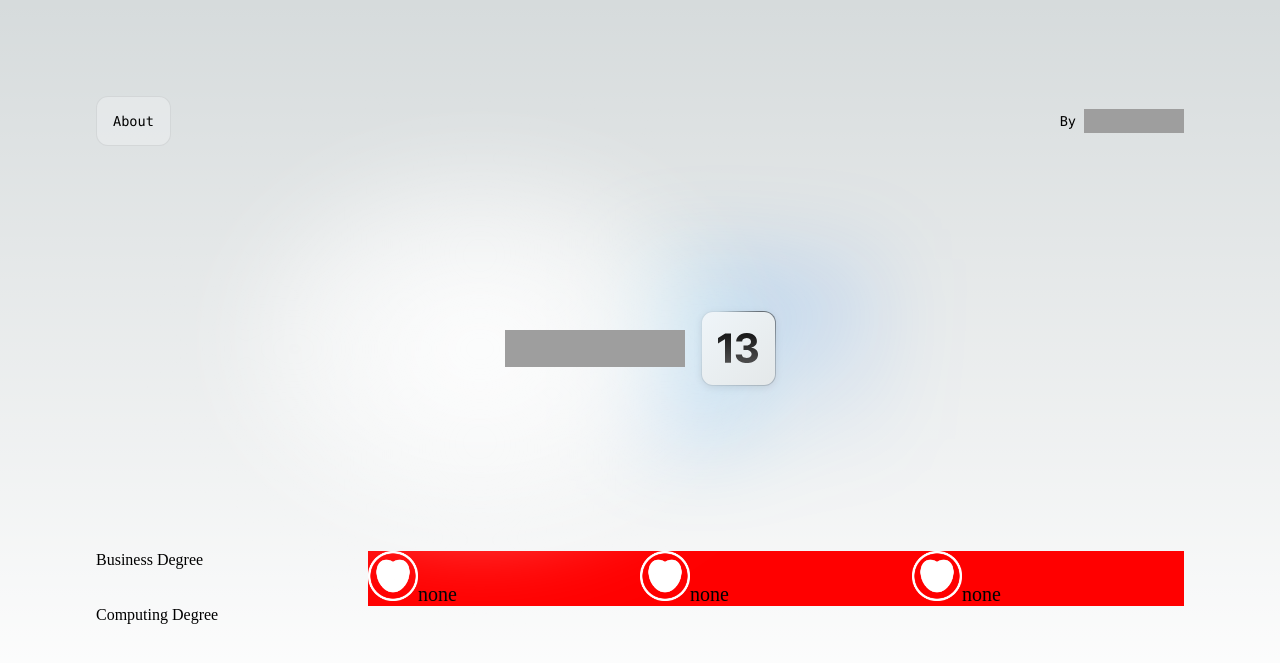
Repository: karthur1/class-example-3
Page: /
The author's editor kept a copy of each file at every save. The page is drawn from the files as they stood at one save, then again after a run of saves.
The browser window is 1280 px wide. The pictures show the whole page.
Pictures or frames that could not be fetched are drawn as grey boxes. The project was rebuilt for these pictures with package versions that can differ from the ones it lists, and the page was loaded fresh each time. The framework's server and built-in components were replaced by stand-ins that run in the browser. Also part of the build but not shown: next.config.js.

Above is the page before, as saved 2023-01-20 23:35:57.

### pages/index.js
import Head from 'next/head'
import Image from 'next/image'
import { Inter } from '@next/font/google'
import styles from '@/styles/Home.module.css'
import data from '../data/employees.json'
import {useState} from 'react'
import Card from '../components/Card'
import Link from 'next/link'


const inter = Inter({ subsets: ['latin'] })

export default function Home() {

  console.log(data)
  const [information, setInformation] = useState([...data])
  console.log(information)

  return (
    <>
      <Head>
        <title>Create Next App</title>
        <meta name="description" content="Generated by create next app" />
        <meta name="viewport" content="width=device-width, initial-scale=1" />
        <link rel="icon" href="/favicon.ico" />
      </Head>
      <main className={styles.main}>
        <div className={styles.description}>
          <p>
          <Link href="about">About</Link>

          </p>
          <div>
            <a
              href="https://vercel.com?utm_source=create-next-app&utm_medium=default-template&utm_campaign=create-next-app"
              target="_blank"
              rel="noopener noreferrer"
            >
              By{' '}
              <Image
                src="/vercel.svg"
                alt="Vercel Logo"
                className={styles.vercelLogo}
                width={100}
                height={24}
                priority
              />
            </a>
          </div>
        </div>

        <div className={styles.center}>
          <Image
            className={styles.logo}
            src="/next.svg"
            alt="Next.js Logo"
            width={180}
            height={37}
            priority
          />
          <div className={styles.thirteen}>
            <Image
              src="/thirteen.svg"
              alt="13"
              width={40}
              height={31}
              priority
            />
          </div>
        </div>

        <div className={styles.grid}>
          <div>Business Degree</div>
          {information && information.map((info, index) => {
            if(info.department === "Business") {
              return(
              <Card key={index} degree={info.Firstname} colour="red" font="20px"/>
            )
          }
        })}
                  <div>Computing Degree</div>
          {information && information.map((info, index) => {
            if(info.department === "Finance") {

             return(
              <Card key={index} degree={info.Firstname} colour="blue" font="20px"/>
             )
          }
        })}
        </div>
      </main>
    </>
  )
}

### styles/Home.module.css
.main {
  display: flex;
  flex-direction: column;
  justify-content: space-between;
  align-items: center;
  padding: 6rem;
  min-height: 100vh;
}

.description {
  display: inherit;
  justify-content: inherit;
  align-items: inherit;
  font-size: 0.85rem;
  max-width: var(--max-width);
  width: 100%;
  z-index: 2;
  font-family: var(--font-mono);
}

.description a {
  display: flex;
  justify-content: center;
  align-items: center;
  gap: 0.5rem;
}

.description p {
  position: relative;
  margin: 0;
  padding: 1rem;
  background-color: rgba(var(--callout-rgb), 0.5);
  border: 1px solid rgba(var(--callout-border-rgb), 0.3);
  border-radius: var(--border-radius);
}

.code {
  font-weight: 700;
  font-family: var(--font-mono);
}

.grid {
  display: grid;
  grid-template-columns: repeat(4, minmax(25%, auto));
  width: var(--max-width);
  max-width: 100%;
}



.card {
  padding: 1rem 1.2rem;
  border-radius: var(--border-radius);
  background: rgba(var(--card-rgb), 0);
  border: 1px solid rgba(var(--card-border-rgb), 0);
  transition: background 200ms, border 200ms;
}

.card span {
  display: inline-block;
  transition: transform 200ms;
}

.card h2 {
  font-weight: 600;
  margin-bottom: 0.7rem;
}

.card p {
  margin: 0;
  opacity: 0.6;
  font-size: 0.9rem;
  line-height: 1.5;
  max-width: 30ch;
}

.center {
  display: flex;
  justify-content: center;
  align-items: center;
  position: relative;
  padding: 4rem 0;
}

.center::before {
  background: var(--secondary-glow);
  border-radius: 50%;
  width: 480px;
  height: 360px;
  margin-left: -400px;
}

.center::after {
  background: var(--primary-glow);
  width: 240px;
  height: 180px;
  z-index: -1;
}

.center::before,
.center::after {
  content: '';
  left: 50%;
  position: absolute;
  filter: blur(45px);
  transform: translateZ(0);
}

.logo,
.thirteen {
  position: relative;
}

.thirteen {
  display: flex;
  justify-content: center;
  align-items: center;
  width: 75px;
  height: 75px;
  padding: 25px 10px;
  margin-left: 16px;
  transform: translateZ(0);
  border-radius: var(--border-radius);
  overflow: hidden;
  box-shadow: 0px 2px 8px -1px #0000001a;
}

.thirteen::before,
.thirteen::after {
  content: '';
  position: absolute;
  z-index: -1;
}

/* Conic Gradient Animation */
.thirteen::before {
  animation: 6s rotate linear infinite;
  width: 200%;
  height: 200%;
  background: var(--tile-border);
}

/* Inner Square */
.thirteen::after {
  inset: 0;
  padding: 1px;
  border-radius: var(--border-radius);
  background: linear-gradient(
    to bottom right,
    rgba(var(--tile-start-rgb), 1),
    rgba(var(--tile-end-rgb), 1)
  );
  background-clip: content-box;
}

/* Enable hover only on non-touch devices */
@media (hover: hover) and (pointer: fine) {
  .card:hover {
    background: rgba(var(--card-rgb), 0.1);
    border: 1px solid rgba(var(--card-border-rgb), 0.15);
  }

  .card:hover span {
    transform: translateX(4px);
  }
}

@media (prefers-reduced-motion) {
  .thirteen::before {
    animation: none;
  }

  .card:hover span {
    transform: none;
  }
}

/* Mobile */
@media (max-width: 700px) {
  .content {
    padding: 4rem;
  }

  .grid {
    grid-template-columns: 1fr;
    margin-bottom: 120px;
    max-width: 320px;
    text-align: center;
  }

  .card {
    padding: 1rem 2.5rem;
  }

  .card h2 {
    margin-bottom: 0.5rem;
  }

  .center {
    padding: 8rem 0 6rem;
  }

  .center::before {
    transform: none;
    height: 300px;
  }

  .description {
    font-size: 0.8rem;
  }

  .description a {
    padding: 1rem;
  }

  .description p,
  .description div {
    display: flex;
    justify-content: center;
    position: fixed;
    width: 100%;
  }

  .description p {
    align-items: center;
    inset: 0 0 auto;
    padding: 2rem 1rem 1.4rem;
    border-radius: 0;
    border: none;
    border-bottom: 1px solid rgba(var(--callout-border-rgb), 0.25);
    background: linear-gradient(
      to bottom,
      rgba(var(--background-start-rgb), 1),
      rgba(var(--callout-rgb), 0.5)
    );
    background-clip: padding-box;
    backdrop-filter: blur(24px);
  }

  .description div {
    align-items: flex-end;
    pointer-events: none;
    inset: auto 0 0;
    padding: 2rem;
    height: 200px;
    background: linear-gradient(
      to bottom,
      transparent 0%,
      rgb(var(--background-end-rgb)) 40%
    );
    z-index: 1;
  }
}

/* Tablet and Smaller Desktop */
@media (min-width: 701px) and (max-width: 1120px) {
  .grid {
    grid-template-columns: repeat(2, 50%);
  }
}

@media (prefers-color-scheme: dark) {
  .vercelLogo {
    filter: invert(1);
  }

  .logo,
  .thirteen img {
    filter: invert(1) drop-shadow(0 0 0.3rem #ffffff70);
  }
}

@keyframes rotate {
  from {
    transform: rotate(360deg);
  }
  to {
    transform: rotate(0deg);
  }
}

### data/employees.json
[
    {
        "firstName": "John Doe",
        "bloodType": "AB",
        "department": "Business",
        "degree": "Finance",
        "graduted": 2004
    },
    {
        "firstName": "Jeff Smith",
        "bloodType": "A",
        "department": "Business",
        "degree": "Finance",
        "graduted": 2009
    },
    {
        "firstName": "Jim Mack",
        "bloodType": "A",
        "department": "Business",
        "degree": "Business",
        "graduted": 2009
    },
    {
        "firstName": "Bill Nye",
        "bloodType": "A",
        "department": "Computing",
        "degree": "Business",
        "graduted": 2010
    }
]

### components/Card/index.js
export default function Card( {
   degree = "none",
   colour = "purple",
   font = "0",
   images = "icons/icon3.png"

    }) {   return(
        <div style={{backgroundColor: colour, fontSize:font}}>
                {
                    colour === "red" ? <img src={'icons/icon2.png'} width="50"/>:
                    colour === "blue" ? <img src={'icons/icon3.jpg'} width="50"/>:
                                        <img src={images} width="50"/>
                }
                {degree}

        </div>
    )
}

Loaded but not shown: pages/_app.js (common file); pages/_document.js (common file); styles/globals.css (common file)

After the next 4 saves:
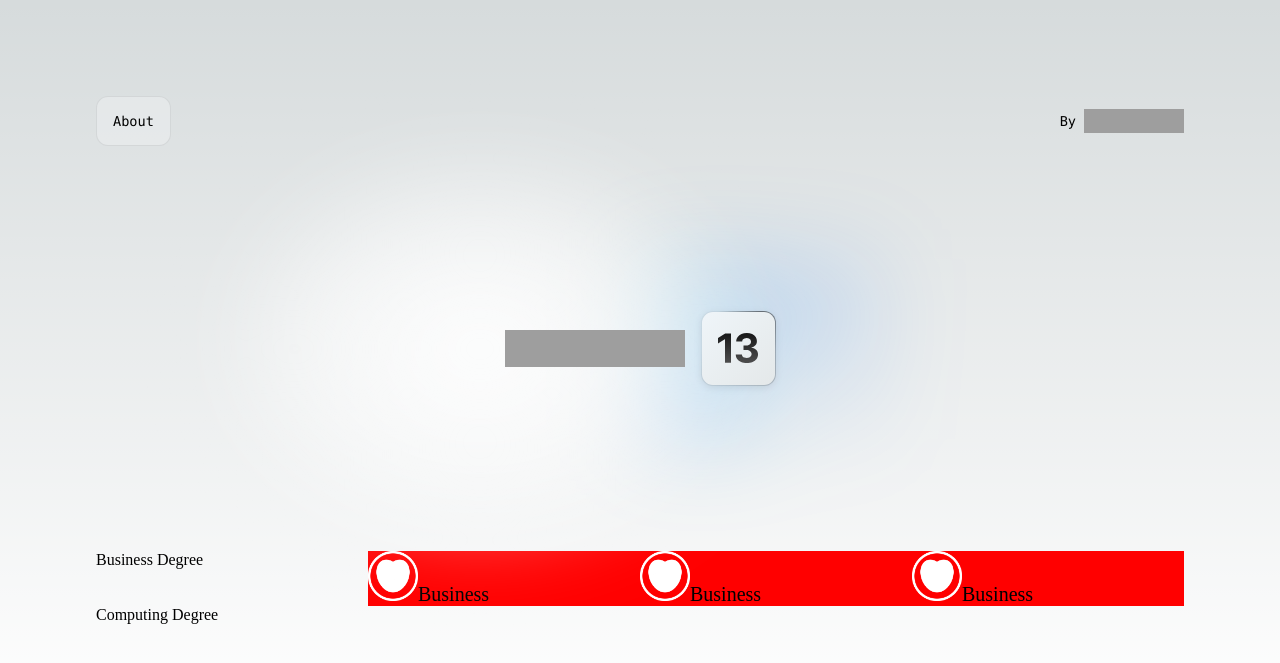
The 4 saves are shown as one change because 3 did not build or start.
The last was saved 2 min 11 s later.
--- a/pages/index.js
+++ b/pages/index.js
@@ -74,7 +74,7 @@
           {information && information.map((info, index) => {
             if(info.department === "Business") {
               return(
-              <Card key={index} degree={info.Firstname} colour="red" font="20px"/>
+              <Card key={index} degree={info.department} colour="red" font="20px"/>
             )
           }
         })}
